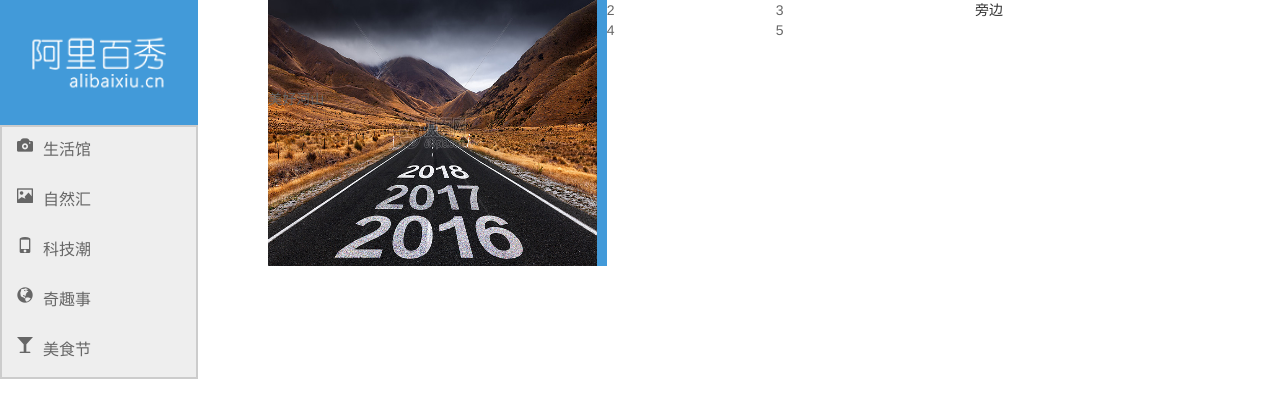
Repository: zhangwen001208/bootstrap-demo
Page: index.html
These files come from the project's save history. The page is drawn as it stood at one moment and after the next save; the edit follows.
The browser window is 1280 px wide. The pictures show the whole page.

Above is the page before, as saved 2022-09-08 10:54:16.

### index.html
<!DOCTYPE html>
<html lang="en">
<head>
    <meta charset="UTF-8">
    <meta http-equiv="X-UA-Compatible" content="IE=edge">
    <meta name="viewport" content="width=device-width, initial-scale=1.0">
    <link rel="stylesheet" href="./bootstrap/css/bootstrap.min.css">
    <link rel="stylesheet" href="./css/index.css">

    <title>Document</title>
</head>
<body>
    <div class="container">
        <div class="row">
            <header class="col-md-2">
                <div class="logo">
                    <img src="./images/logo.png" alt="">
                </div>
                <div class="nav">
                    <ul class="nav flex-column">
                        <li class="nav-item">
                          <a class="nav-link active glyphicon glyphicon-camera" href="#">生活馆</a>
                        </li>
                        <li class="nav-item">
                          <a class="nav-link glyphicon glyphicon-picture" href="#">自然汇</a>
                        </li>
                        <li class="nav-item">
                          <a class="nav-link glyphicon glyphicon-phone" href="#">科技潮</a>
                        </li>
                        <li class="nav-item">
                          <a class="nav-link glyphicon glyphicon-globe ">奇趣事</a>
                        </li>
                        <li class="nav-item">
                            <a class="nav-link glyphicon glyphicon-glass">美食节</a>
                          </li>
                      </ul>
                </div>

            </header>
            <article class="col-md-7">
              <ul class="item">
                <li>
                    <a href="">
                    <img src="./images/news-1.jpg" alt="">
                    <p>美好河山</p>
                    </a>
            </li>
                <li><a href="">2</a></li>
                <li><a href="">3</a></li>
                <li><a href="">4</a></li>
                <li><a href="">5</a></li>
              </ul>

            </article>
            <aside class="col-md-3">
                旁边

            </aside>



        </div>
    </div>

</body>
</html>

### css/index.css

 @media screen and (min-width: 1280px) {
    .container {
        width: 1280px
    }

 }
 ul>li {
    list-style: none;
    text-decoration: none;
 }
 a {
    color: #666;
 }
 a:hover {
    text-decoration: none;
 }





 header {
    padding-left: 0 !important;

 }
 .logo {
    background-color: #429ad9;


 }
 .logo img {
    width: 100%;

 }
 .nav {
    border: 1px solid #ccc ;
    background-color: #eee;
 }

 .nav-item a {
    display: block;
    font-size: 16px;
    height: 50px;
 }
.nav-item a::before {
    vertical-align: middle;
    padding-right: 10px;
}
.nav-item:hover {
    background-color: #fff !important;
}

.item li {
    float: left;
    width: 25%;

}
.item li a {
    position: relative;
}

.item li:nth-child(1) {
    width: 50%;
    height: 266px;
    padding-right: 10px;
    background-color: #429ad9;

}
.item li>a img {
    width: 100%;
    height: 100%;

}
.item li>a p {
    position: absolute;
    display: block;
    height: 41px;
    width: 100%;
    bottom: 0;
    left: 0;
}

Loaded but not shown: bootstrap/css/bootstrap.min.css (library)

After the next save:
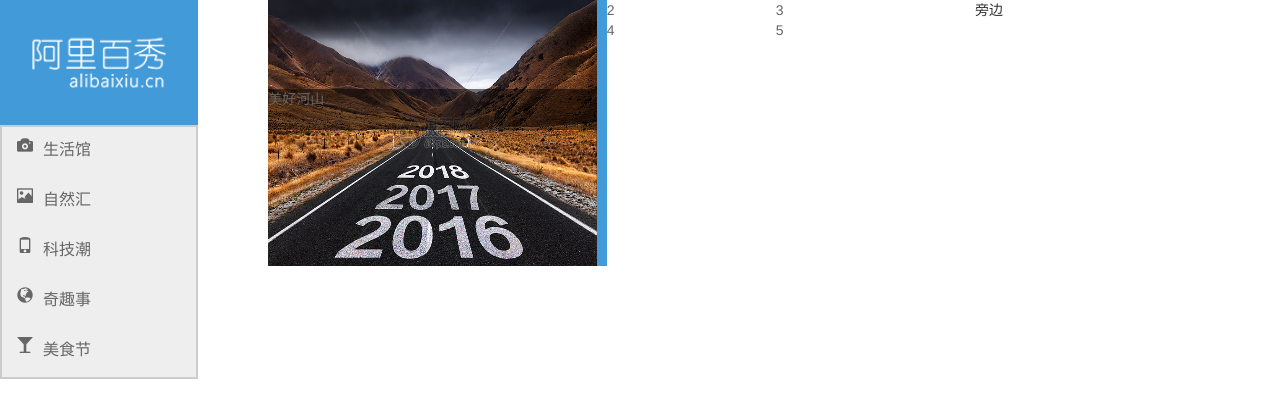
Saved 64 s later.
--- a/css/index.css
+++ b/css/index.css
@@ -79,4 +79,5 @@
     width: 100%;
     bottom: 0;
     left: 0;
+    background: rgba(0, 0, 0, 0.5);
 }
